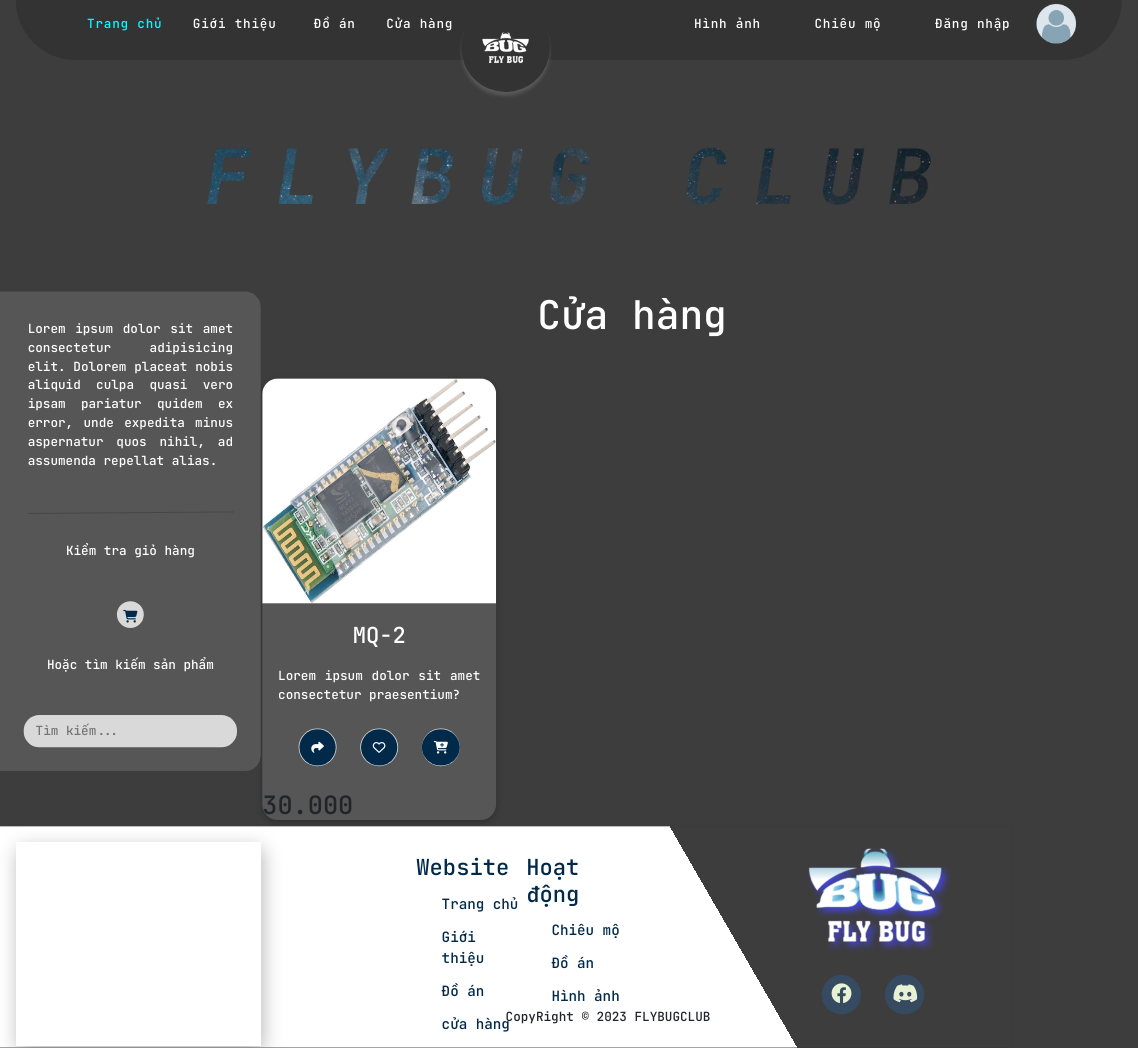
Repository: NQD2308/FlyBugClub_WebApp
Page: PROJECT FLYNUG/html/store.html
The author's editor kept a copy of each file at every save. The page is drawn from the files as they stood at one save, then again after the next save.
The browser window is 1280 px wide. The page is 1440 px wide, so the pictures cover 1440 px, including what lies to the right of the window. The pictures show the whole page, at 79% of full size.
Pictures or frames that could not be fetched are drawn as grey boxes.

Above is the page before, as saved 2023-09-18 11:14:48.

### PROJECT FLYNUG/html/store.html
<html lang="en">

<head>
    <meta charset="UTF-8">
    <meta name="viewport" content="width=device-width, initial-scale=1.0">
    <title>Document</title>

    <!-- Bootrap 5 -->
    <link href="https://cdn.jsdelivr.net/npm/bootstrap@5.0.2/dist/css/bootstrap.min.css" rel="stylesheet" integrity="sha384-EVSTQN3/azprG1Anm3QDgpJLIm9Nao0Yz1ztcQTwFspd3yD65VohhpuuCOmLASjC" crossorigin="anonymous">

    <!-- Font awesome -->
    <link rel="stylesheet" href="https://cdnjs.cloudflare.com/ajax/libs/font-awesome/6.4.2/css/all.min.css" integrity="sha512-z3gLpd7yknf1YoNbCzqRKc4qyor8gaKU1qmn+CShxbuBusANI9QpRohGBreCFkKxLhei6S9CQXFEbbKuqLg0DA==" crossorigin="anonymous" referrerpolicy="no-referrer" />

    <!-- CSS -->
    <link rel="stylesheet" href="../css/style.css">
    <!-- Reset -->
    <link rel="stylesheet" href="../css/default_setting.css">

    <!-- JetBrains Mono font -->
    <link rel="preconnect" href="https://fonts.googleapis.com">
    <link rel="preconnect" href="https://fonts.gstatic.com" crossorigin>
    <link
        href="https://fonts.googleapis.com/css2?family=JetBrains+Mono:ital,wght@0,300;0,500;0,600;0,700;0,800;1,400&display=swap"
        rel="stylesheet">
</head>

<body>
    <!-- ========================
                #HEADER
        ========================-->
    <header>
        <div class="nav">
            <div class="nav__links">
                <ul class="nav__links-left">
                    <li><a class="active" href="#">Trang chủ</a></li>
                    <li><a href="#">Giới thiệu</li>
                    <li><a href="#">Đồ án</a></li>
                    <li><a href="#">Cửa hàng</a></li>
                </ul>
            </div>
            <div class="logo">
                <img src="../img/logo.png" alt="FlyBug logo">
            </div>
            <div class="nav__links">
                <ul class="nav__links-right">
                    <li><a href="#">Hình ảnh</a></li>
                    <li><a href="#">Chiêu mộ</a></li>
                    <li class="login"><a href="#">Đăng nhập</a></li>
                    <li class="login-Img">
                        <a href="#"><img src="../img/user.png" alt=""></a>
                    </li>
                </ul>
            </div>
        </div>
        <div class="text-logo">
            <img  src="../img/FLYBUG CLUB.png" alt="Photo logo">
        </div>
    </header>

    <section class="body">
        <div class="container">
            <div class="row">
                <div class="col col-md-3 left">
                    <div class="search">
                        <div class="store-note">
                            <p>Lorem ipsum dolor sit amet consectetur adipisicing elit. Dolorem placeat nobis aliquid culpa quasi vero ipsam pariatur quidem ex error, unde expedita minus aspernatur quos nihil, ad assumenda repellat alias.</p>
                        </div>
                        <div class="center">
                            <svg xmlns="http://www.w3.org/2000/svg" width="261" height="4" viewBox="0 0 261 4" fill="none">
                                <path d="M1 2.96216L260.993 0.99995" stroke="#3D3D3D" stroke-opacity="0.8"/>
                            </svg>
                        </div>
                        <div class="shopping-function">
                            <p>Kiểm tra giỏ hàng</p>
                            <div class="center ">
                                <button class="icon-shopping">
                                    <a href="#">
                                        <i class="fa-solid fa-cart-shopping"></i>
                                    </a>
                                </button>
                            </div>
                            <p>Hoặc tìm kiếm sản phẩm</p>
                            <div class="center">
                                <input type="text" placeholder="Tìm kiếm...">
                            </div>
                        </div>
                    </div>
                </div>
                <div class="col col-md-9 right">
                    <div class="store">
                        <h1>Cửa hàng</h1>
                        <div class="item-store">
                            <div class="row">
                                <div class="col col-md-4">
                                    <div class="item-card">
                                        <img src="../img/bluth.jpg" alt="Photo item store">
                                        <h3>MQ-2</h3>
                                        <p>Lorem ipsum dolor sit amet consectetur  praesentium?</p>
                                        <div class="center icon-card">
                                            <button class="icon icon-share">
                                                <a href="#">
                                                    <i class="fa-solid fa-share"></i>
                                                </a>
                                            </button>
                                            <button class="icon icon-love">
                                                <a href="#">
                                                    <i class="fa-regular fa-heart"></i>
                                                </a>
                                            </button>
                                            <button class="icon icon-share">
                                                <a href="#">
                                                    <i class="fa-solid fa-cart-plus"></i>
                                                </a>
                                            </button>
                                        </div>
                                        <div class="item-price">
                                            <h2>30.000</h2>
                                        </div>
                                    </div>
                                </div>
                            </div>
                        </div>
                    </div>
                </div>
            </div>
        </div>
    </section>

 <!-- ========================
                #FOOTER
        ========================-->
    <footer class="footer">
        <div class="footer-left">
            <iframe class="ggmap" src="https://www.google.com/maps/embed?pb=!1m18!1m12!1m3!1d15678.190787267133!2d106.64595238715819!3d10.769299600000005!2m3!1f0!2f0!3f0!3m2!1i1024!2i768!4f13.1!3m3!1m2!1s0x31752f7c8bf050ff%3A0x4fa87595d124cc0c!2zVHLGsOG7nW5nIMSQ4bqhaSBo4buNYyBIb2EgU2VuIC0gQ8ahIHPhu58gVGjDoG5oIFRow6Fp!5e0!3m2!1svi!2s!4v1691345035899!5m2!1svi!2s" width="500" height="250" style="border:1;" allowfullscreen="" loading="lazy" referrerpolicy="no-referrer-when-downgrade"></iframe>
        </div>
        <ul class="footer-center">
            <li>
                <h3>Website</h3>

                <ul class="box">
                    <li><a href="#">Trang chủ</a></li>
                    <li><a href="#">Giới thiệu</a></li>
                    <li><a href="#">Đồ án</a></li>
                    <li><a href="#">cửa hàng</a></li>
                </ul>
            </li>
            <li>
                <h3>Hoạt động</h3>

                <ul class="box">
                    <li><a href="#">Chiêu mộ</a></li>
                    <li><a href="#">Đồ án</a></li>
                    <li><a href="#">Hình ảnh</a></li>
                </ul>
            </li>
        </ul>
        <div class="footer-right">
            <div class="img-logo">
                <img src="../img/flybug.png" alt="">
            </div>
            <div class="socials">
                <a href="#"><i class="fa-brands fa-facebook"></i></a>
                <a href="#"><i class="fa-brands fa-discord"></i></a>
            </div>
        </div>

        <div class="footer-bottom">
            <p>CopyRight &copy; 2023 FLYBUGCLUB</p>
        </div>
    </footer>

</body>

</html>

### PROJECT FLYNUG/css/style.css
li,
a,
button {
    list-style: none;
    font-family: 'JetBrains Mono', monospace;
    font-size: 16px;
    text-decoration: none;
    color: #fff;
    cursor: url(../img/bug-icon.png) 5 5, auto !important;
}
body {
    cursor: url(../img/bug-icon.png) 5 5, auto !important;
}
a {
    cursor: url(../img/bug-icon.png) 5 5, auto;
}
body {
    background-color: #3d3d3d;
}

/* =========================
        #HEADER
    =========================*/
header {
    /* position: fixed; */
    width: 1440px;
    /* height: 80px; */
    /* border-bottom: 1px solid #00000026; */




    /* backdrop-filter: blur(20px); */
}

header .nav {
    width: 1400px;
    margin: 0 auto;
    max-width: 100%;
    background: #333;
    border-radius: 0px 0px 80px 80px;
    display: flex;
    justify-content: space-between;
    align-items: center;
    padding: 0 3%;
    top: 0%;
    z-index: 10;
    box-shadow: rgba(0, 0, 0, 0.3) 2.72076px ;
    /* border: 1px solid red; */
}

header .nav ul {
    display: flex;
    align-items: center;
}

header .nav ul li {
    margin: 5px 15px;
    letter-spacing: 1px;
}

header .nav .logo {
    /* border: 1px solid red; */
    width: 7rem;
    height: 7rem;
    position: absolute;
    left: 50%;
    transform: translate(-50%, 20%);
    background-color: #333;
    overflow: hidden;
    border-radius: 100%;
    box-shadow: 0 5px 5px rgba(204, 204, 204, .2);
}

header .logo img {
    width: 100%;
    height: 100%;
    object-fit: cover;
}

header .nav__links {
    width: 40%;
    height: 100%;
}
header .nav__links ul li a{
    transition: .3s ease;
}
header .nav__links ul > li:hover a{
    color: aqua;
}
header .nav__links-left,
header .nav__links-right {
    justify-content: space-between;
}

.active {
    color: aqua;
}

.nav__links-right li:last-child {
    width: 50px;
    height: 50px;
}

header .nav__links-right {
    margin-left: -20px;
}

header .nav__links-right .login-img {
    margin-left: -20px;
}

header .text-logo{
    display: flex;
    justify-content: center;
    width: 1440px;
    background-color: #3d3d3d;
    /* border: 1px solid white; */
    padding: 110px 0;
}

/* ================================ */
/* ============= BODY ============= */
/* ================================ */

/*  @############ LEFT ############@ */

section.body .container{
    max-width: 1440px;
}
section.body .left{
    padding-left: 0;
}

section.body .search{
    width: 330px;
    background-color: #565656;
    border-radius: 0 20px 20px 0;
    position: relative;
    left: 0;
}

.body .search store-note{
    display: flex;
    justify-content: center;
}

.body .search p{
    color: #FFF;
    text-align: justify;
    padding: 35px;
}

.body .search .shopping-function p{
    text-align: center;
}

.body .search .shopping-function button.icon-shopping{
    width: 34px;
    height: 34px;
    border-radius: 50%;
    background-color: #D9D9D9;
    border: none;
}

.body .search .shopping-function .icon-shopping i{
    display: flex;
    justify-content: center;
    width: 24px;
    color: #012A4A;
    transition: all .25s ease-in;
    /* border: 1px solid orange; */
    border-radius: 50%;
    padding: 10px 16px 6px 17px;
}

.body .search .shopping-function button.icon-shopping:hover i{
    color: orange;
    transition: all .25s ease-in;
}

.body .search .shopping-function input{
    width: 270px;
    padding: 10px 15px;
    border-radius: 20px;
    border: none;
    background-color: #D9D9D9;
    margin-bottom: 30px;
}

/*  @############ RIGHT ############@ */

.body .right .store h1{
    color: white;
    text-align: center;
    font-size: 50px;
    margin-bottom: 50px;
}

.body .right .store .item-card{
   background-color: #565656;
    /* border: white 1px solid; */
    border-radius: 20px;
    box-shadow: rgba(0, 0, 0, 0.24) 0px 3px 8px;
}

.body .right .store img {
    height: 285px;
    background-size: cover;
    background-position: center;
    background-attachment: fixed;
    border-radius: 20px 20px 0 0;
}

.body .right .store h3{
    margin: 23px 0;
    text-align: center;
    color: white;
}

.body .right .store p{
    color: white;
    text-align: justify;
    padding: 0 20px;
    font-size: 16px;
    margin: 15px 0;
}

.body .right .store .icon-card{
    margin: 15px 0;
}

.body .right .store .icon-card .icon{
    width: 48px;
    height: 48px;
    border: none;
    margin: 15px;
    background-color: #D9D9D9;
    border-radius: 50%;
}

.body .right .store .icon-card .icon i{
    /* border: orange 1px solid; */
    background-color: #012A4A;
    padding: 15px;
    border-radius: 50%;
    transition: all .25s ease-in;
}

.body .right .store .icon-card .icon :hover i{
    /* border: orange 1px solid; */

    transition: all .25s ease-in;
}


/* =========================
        #FOOTER
         background-image: linear-gradient(60deg, white 70%, #3d3d3d 25%);
    =========================*/
footer {
    /* width: 100%; */
    position: relative;
    height: 280px;
    background-color: #333;
    background-image: linear-gradient(60deg, white 70%, #3d3d3d 25%);

    display: flex;
    flex-flow: row wrap;
    justify-content: space-between;
    padding: 20px;
    overflow: hidden;
}

.footer>* {
    width: calc(100% / 4);
}

.footer ul li,
.footer ul li a {
    color: #012A4A;
    font-size: 18px;
}

.footer-left {
    margin-right: 1.25em;
    margin-bottom: 2em;
    box-shadow: rgba(0, 0, 0, 0.3) 2.72076px 8px 24px;
}

.footer-left iframe {
    border-radius: 5px;
}

.footer-center {
    display: flex;
    flex-flow: row wrap;
    justify-content: space-between;
}

.footer-center>* {
    width: calc(100% / 2);
}

.footer-center li {
    margin: 15px 0;
}

.footer-center .box li a {
    transition: .3s ease;
}

.footer-center .box>li:hover a {
    margin-left: 10px;
    color: #4444dd;
    font-weight: bold;
}

.footer-right {
    height: 100%;
    margin: -10px 0;
    display: flex;
    align-items: center;
    flex-flow: row wrap;
    justify-content: center;
}

.footer-right .img-logo {
    width: 100%;
    display: flex;
    justify-content: center;
}

.footer-right img {
    width: 60%;
    filter: drop-shadow(5px 5px 5px #4444dd);
}

.socials a {
    background: #364a62;
    width: 50px;
    height: 50px;
    display: inline-block;
    text-align: center;
    margin: 0 10px;
    border-radius: 100%;
    transition: 0.4s ease;
}

.socials a i {
    color: #e7f2d4;
    padding: 10px;
    font-size: 26px;
}

.socials>a:first-child:hover {
    background-color: #4267B2;
    transform: rotate(1turn);
}

.socials>a:last-child:hover {
    background-color: #7289da;
    transform: rotate(1turn);
}

.footer-bottom {
    position: absolute;
    bottom: 10;
    left: 50%;
}


.main  {
    height: 100vh;
}

### PROJECT FLYNUG/css/default_setting.css
html {
  max-width: 1440px;
  margin: auto;
	line-height: 1.5;
	box-sizing: border-box;
	scroll-behavior: smooth;
  }
  * {
	margin: 0;
	padding: 0;
  font-family: 'JetBrains Mono', monospace;
  }
  *,
  *:before,
  *:after {
	box-sizing: border-box;
  }
  input,
  textarea,
  select,
  button {
	outline: none;
	font: inherit;
  }
  input {
	line-height: normal;
  }
  label,
  button {
	cursor: pointer;
	user-select: none !important;
  }
  ul {
	list-style: none;
  }
  a {
	text-decoration: none;
  }
  img,
  picture,
  video,
  canvas,
  svg {
	display: block;
	max-width: 100%;
	user-select: none !important;
  }

  p,
  h1,
  h2,
  h3,
  h4,
  h5,
  h6 {
	overflow-wrap: break-word;
  }

  /* Mobie: width < 740px */
  @media only screen and (max-width: 46.1875em) {
    input[type="color"],
    input[type="date"],
    input[type="datetime"],
    input[type="datetime-local"],
    input[type="email"],
    input[type="month"],
    input[type="number"],
    input[type="password"],
    input[type="search"],
    input[type="tel"],
    input[type="text"],
    input[type="time"],
    input[type="url"],
    input[type="week"],
    select:focus,
    textarea {
      font-size: 16px;
    }
  }

  .center{
    display: flex;
    justify-content: center;
  }

After the next save:
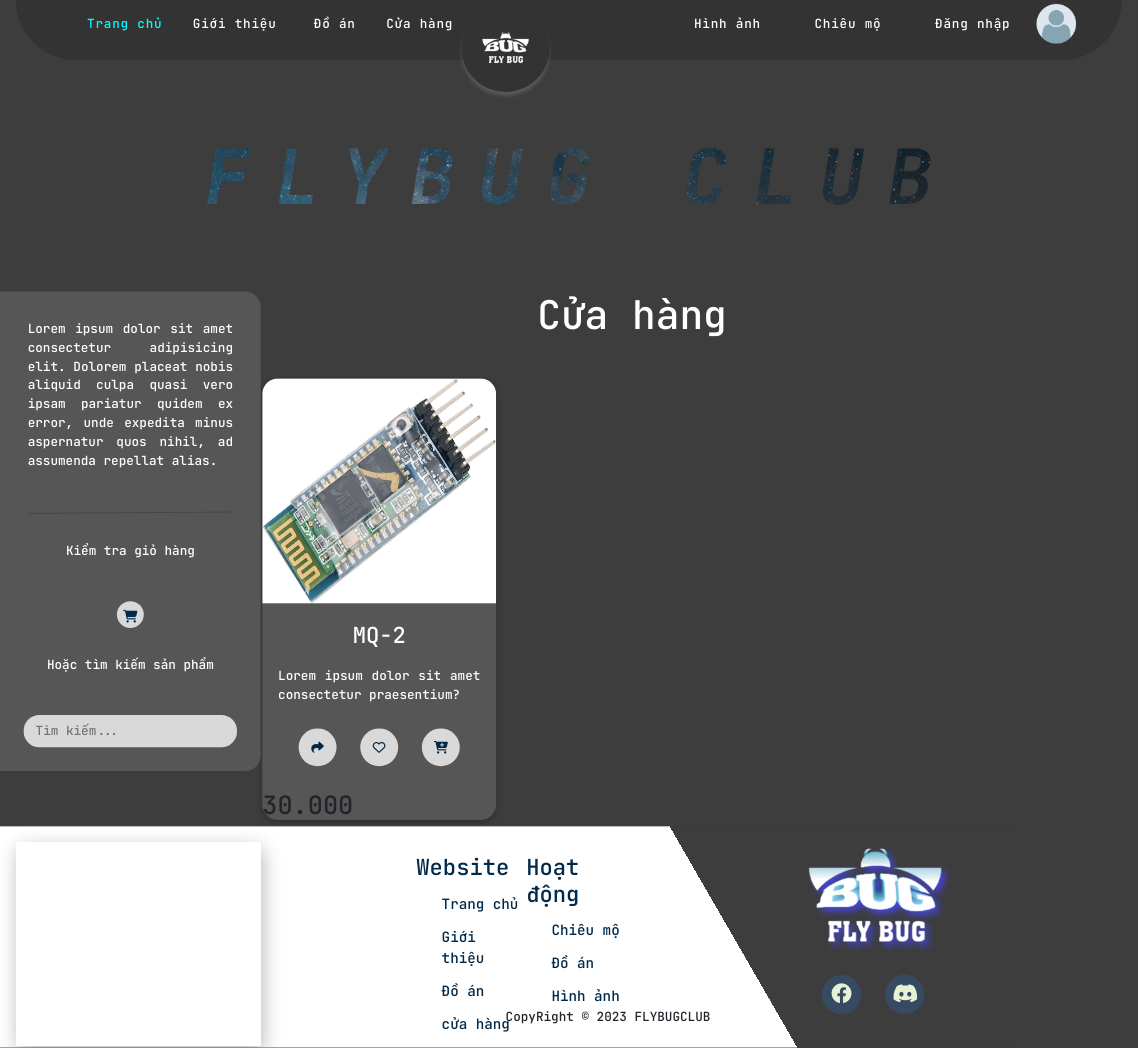
Saved 15 s later.
--- a/PROJECT FLYNUG/css/style.css
+++ b/PROJECT FLYNUG/css/style.css
@@ -241,7 +241,7 @@
 
 .body .right .store .icon-card .icon i{
     /* border: orange 1px solid; */
-    background-color: #012A4A;
+    color: #012A4A;
     padding: 15px;
     border-radius: 50%;
     transition: all .25s ease-in;
